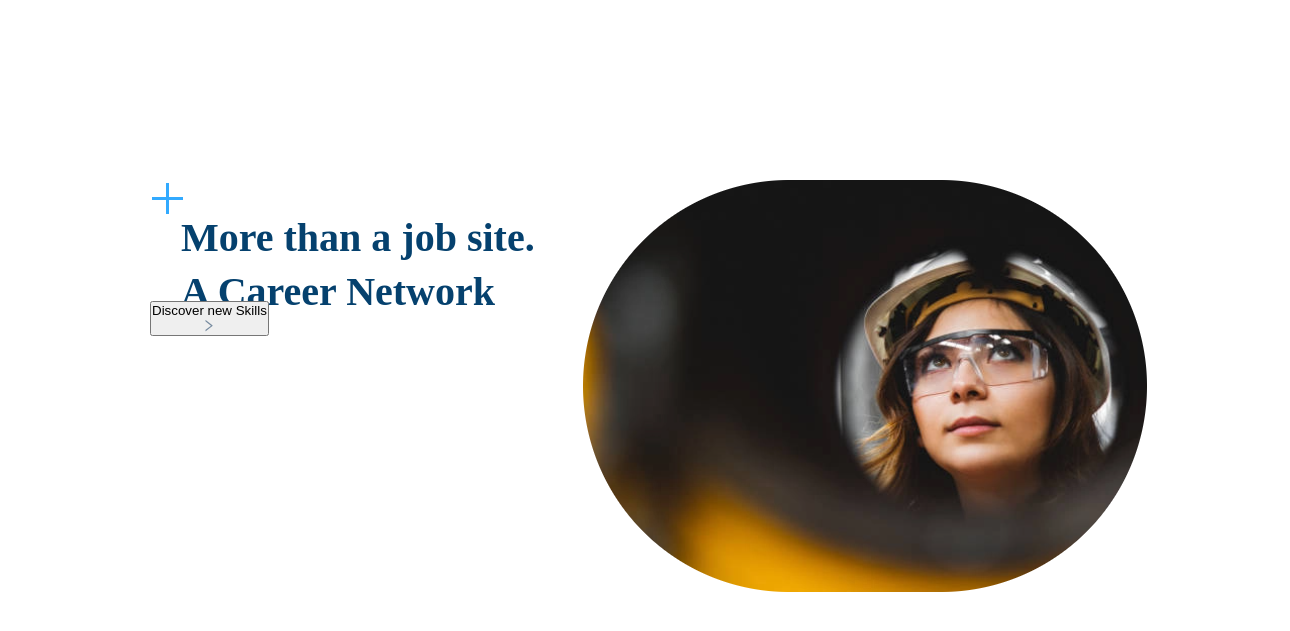
Repository: shekharyadav638/OSL_Assignment_1
Page: index.html
The author's editor kept a copy of each file at every save. The page is drawn from the files as they stood at one save, then again after the next save.
The browser window is 1280 px wide. The page is 1290 px wide, so the pictures cover 1290 px, including what lies to the right of the window. The pictures show the whole page.
The style sheet was rebuilt from its Sass, Less or Tailwind sources for each picture, by a compiler version that may differ from the author's.

Above is the page before, as saved 2024-07-14 22:36:25.

### index.html
<!DOCTYPE html PUBLIC "-//W3C//DTD HTML 4.01 Transitional//EN" "http://www.w3.org/TR/html4/loose.dtd">
<html>
  <head>
    <meta http-equiv="Content-Type" content="text/html; charset=ISO-8859-1" />
    <title>Assignment 1</title>
    <link rel="stylesheet" href="style.css" />
    <link rel="preconnect" href="https://fonts.googleapis.com" />
    <link rel="preconnect" href="https://fonts.gstatic.com" crossorigin />
    <link
      href="https://fonts.googleapis.com/css2?family=Montserrat:ital,wght@0,100..900;1,100..900&display=swap"
      rel="stylesheet"
    />
  </head>
  <body>
    <!-- <header>
      <div class="header">
        <div class="header_left">
          <div class="header_left_logo"></div>
          <span class="header_left_title">Thinkin Blue</span>
        </div>
        <div class="header_right">
          <ul class="header_right_list">
            <li class="header_right_list_item">
              <a href="#">Home</a>
            </li>
            <li class="header_right_list_item"><a href="#">About Us</a></li>
            <li class="header_right_list_item"><a href="#">Work</a></li>
            <li class="header_right_list_item">
              <a href="#">ThinkinBlue Business</a>
            </li>
          </ul>
          <button class="header_right_btn">Login</button>
        </div>
      </div>
    </header>
    <section class="banner">
      <div class="banner_left">
       <p class="banner_left_text">The career network <br> for workers</p>
       <div class="banner_left_input">
        <input type="text" placeholder="Search Better Opportunites" class="banner_left_input_box"></input>
        <img src="img/location.svg" alt="location-icon" class="banner_left_input_icon">
       </div>
       <div class="banner_left_categories">
        <hr>
        <div class="banner_left_categories_title">100+ Job Opportunities</div>
        <div class="banner_left_categories_list">
          <div class="banner_left_categories_list_above">
            <div class="banner_left_categories_list_above_item"> Precision Production</div>
            <div class="banner_left_categories_list_above_item"> Helpers</div>
            <div class="banner_left_categories_list_above_item"> Front-line Supervisors</div>
            <div class="banner_left_categories_list_above_item"> Machine operators & Supervisors</div>
          </div>
          <div class="banner_left_categories_list_below">
            <div class="banner_left_categories_list_below_item"> Machine operators</div>
            <div class="banner_left_categories_list_below_item"> Handlers</div>
            <div class="banner_left_categories_list_below_item"> Transportation & moving occupations</div>
            <div class="banner_left_categories_list_below_item"> See all</div>
          </div>
        </div>
        <div >
          <button class="banner_left_categories_button">Join ThinkinBlue</button>
        </div>
       </div>
      </div>
      <div class="banner_right">
        <img src="img/banner_right.png" alt="banner_right" class="banner_right_img"></img>
      </div>
    </section>
    <section class="hiring">
      <div class="hiring_top">
        <div class="hiring_top_icon">
          <img src="img/plus_icon.svg" alt="plus_icon" />
        </div>
        <div class="hiring_top_heading">From the Community</div>
      </div>
      <div class="hiring_body">
        <div class="hiring_body_img">
          <img src="img/hiring.jpeg" alt="hiring" />
        </div>
        <div class="hiring_body_img">
          <img src="img/hiring.jpeg" alt="hiring" />
        </div>
        <div class="hiring_body_img">
          <img src="img/hiring.jpeg" alt="hiring" />
        </div>
        <div class="hiring_body_img">
          <img src="img/hiring.jpeg" alt="hiring" />
        </div>
      </div>
      <div class="hiring_footer">
        <div class="hiring_footer_slide">
          <div class="hiring_footer_slide_1"></div>
          <div class="hiring_footer_slide_2"></div>
          <div class="hiring_footer_slide_2"></div>
          <div class="hiring_footer_slide_2"></div>
        </div>
        <div class="hiring_footer_btn">
          <button>
            <div class="hiring_footer_btn_text">See more</div>
            <div class="hiring_footer_btn_icon">
              <img src="img/right_arrow.svg" alt="arrow" />
            </div>
          </button>
        </div>
      </div>
    </section>
    <section class="features">
      <div class="features_top">
        <div class="features_top_icon">
          <img src="img/plus_icon.svg" alt="plus_icon" />
        </div>
        <div class="features_top_heading">Features</div>
      </div>
      <div class="features_body">
        <div class="features_body_1">
          <div class="features_body_img">
            <img src="img/feature_1.png" alt="feature" />
          </div>
          <div class="features_body_text">Build Connections</div>
        </div>
        <div class="features_body_1">
          <div class="features_body_img">
            <img src="img/feature_2.png" alt="feature" />
          </div>
          <div class="features_body_text">Simple & Easy to Use</div>
        </div>
        <div class="features_body_1">
          <div class="features_body_img">
            <img src="img/feature_3.png" alt="feature" />
          </div>
          <div class="features_body_text">Built for Workers</div>
        </div>
        <div class="features_body_1">
          <div class="features_body_img">
            <img src="img/feature_4.png" alt="feature" />
          </div>
          <div class="features_body_text">Career Development</div>
        </div>
      </div>
    </section> -->
    <!-- <section class="group">
      <div class="group_top">
        <div class="group_top_icon">
          <img src="img/plus_icon.svg" alt="plus_icon" />
        </div>
        <div class="group_top_heading">Find a Group</div>
      </div>
      <div class="group_body">
        <div class="group_body_item">
          <div class="group_body_item_img"> <img src="img/group.png" alt="group" /></div>
          <div class="group_body_item_title">Front-line Supervisors</div>
          <div class="group_body_item_bottom">Front-line Supervisors</div>
          <div class="group_body_item_members">
            <img src="img/member.png" alt="member" class="group_body_item_members_img"></img>
            <div class="group_body_item_members_text">180 <span>users</span></div>
          </div>
          <button class="group_body_item_btn">CONNECT</button>
        </div>
        <div class="group_body_item">
          <div class="group_body_item_img"> <img src="img/group.png" alt="group" /></div>
          <div class="group_body_item_title">Front-line Supervisors</div>
          <div class="group_body_item_bottom">Front-line Supervisors</div>
          <div class="group_body_item_members">
            <img src="img/member.png" alt="member" class="group_body_item_members_img"></img>
            <div class="group_body_item_members_text">180 <span>users</span></div>
          </div>
          <button class="group_body_item_btn">CONNECT</button>
        </div>
        <div class="group_body_item">
          <div class="group_body_item_img"> <img src="img/group.png" alt="group" /></div>
          <div class="group_body_item_title">Front-line Supervisors</div>
          <div class="group_body_item_bottom">Front-line Supervisors</div>
          <div class="group_body_item_members">
            <img src="img/member.png" alt="member" class="group_body_item_members_img"></img>
            <div class="group_body_item_members_text">180 <span>users</span></div>
          </div>
          <button class="group_body_item_btn">CONNECT</button>
        </div>
        <div class="group_body_item">
          <div class="group_body_item_img"> <img src="img/group.png" alt="group" /></div>
          <div class="group_body_item_title">Front-line Supervisors</div>
          <div class="group_body_item_bottom">Front-line Supervisors</div>
          <div class="group_body_item_members">
            <img src="img/member.png" alt="member" class="group_body_item_members_img"></img>
            <div class="group_body_item_members_text">180 <span>users</span></div>
          </div>
          <button class="group_body_item_btn">CONNECT</button>
        </div>
      </div>
        <div class="group_footer_btn">
          <button>
            <div class="group_footer_btn_text">Explore Groups</div>
            <div class="group_footer_btn_icon">
              <img src="img/right_arrow.svg" alt="arrow" />
            </div>
          </button>
        </div>
      </div>
    </section> -->
    <!-- <section class="skills">
      <div class="skills_top">
        <div class="skills_top_icon">
          <img src="img/plus_icon.svg" alt="plus_icon" />
        </div>
        <div class="skills_top_heading">Update your Skills</div>
      </div>
      <div class="skills_body">
        <div class="skills_body_item">
          <div class="skills_body_item_title">Skill Name title long title (ABC)</div>
          <div class="skills_body_item_mid">
            <img src="img/path_7.svg" alt="member" class="group_body_item_mid_img"></img>
            <div class="skills_body_item_mid_text"><span>Recommended for you</span></div>
          </div>
          <div class="skills_body_item_para"><p>lorem ipsum doler set amet et color un seva doler set amet et color unacional.</p></div>
          <button class="skills_body_item_btn">CONNECT</button>
        </div>
        <div class="skills_body_item">
          <div class="skills_body_item_title">Skill Name title long title (ABC)</div>
          <div class="skills_body_item_mid">
            <img src="img/path_7.svg" alt="member" class="group_body_item_mid_img"></img>
            <div class="skills_body_item_mid_text"><span>Recommended for you</span></div>
          </div>
          <div class="skills_body_item_para"><p>lorem ipsum doler set amet et color un seva doler set amet et color unacional.</p></div>
          <button class="skills_body_item_btn">CONNECT</button>
        </div>
        <div class="skills_body_item">
          <div class="skills_body_item_title">Skill Name title long title (ABC)</div>
          <div class="skills_body_item_mid">
            <img src="img/path_7.svg" alt="member" class="group_body_item_mid_img"></img>
            <div class="skills_body_item_mid_text"><span>Recommended for you</span></div>
          </div>
          <div class="skills_body_item_para"><p>lorem ipsum doler set amet et color un seva doler set amet et color unacional.</p></div>
          <button class="skills_body_item_btn">CONNECT</button>
        </div>
        <div class="skills_body_item">
          <div class="skills_body_item_title">Skill Name title long title (ABC)</div>
          <div class="skills_body_item_mid">
            <img src="img/path_7.svg" alt="member" class="group_body_item_mid_img"></img>
            <div class="skills_body_item_mid_text"><span>Recommended for you</span></div>
          </div>
          <div class="skills_body_item_para"><p>lorem ipsum doler set amet et color un seva doler set amet et color unacional.</p></div>
          <button class="skills_body_item_btn">CONNECT</button>
        </div>
      </div>
        <div class="skills_footer_btn">
          <button>
            <div class="skills_footer_btn_text">Discover new Skills</div>
            <div class="skills_footer_btn_icon">
              <img src="img/right_arrow.svg" alt="arrow" />
            </div>
          </button>
        </div>
      </div>
    </section> -->
    <section class="career">
      <div class="career_left">
        <div class="career_left_top">
          <div class="career_left_top_icon">
            <img src="img/plus_icon.svg" alt="plus_icon" />
          </div>
          <div class="career_left_top_heading">
            More than a job site. A Career Network
          </div>
        </div>
        <div class="career_left_para">
          <p></p>
        </div>
        <div class="career_left_btn">
          <button>
            <div class="career_left_btn_text">Discover new Skills</div>
            <div class="career_left_btn_icon">
              <img src="img/right_arrow.svg" alt="arrow" />
            </div>
          </button>
        </div>
      </div>
      <div class="career_right">
        <img src="img/career.png" alt="career" />
      </div>
    </section>
  </body>
</html>

### style.scss
* {
  margin: 0;
  padding: 0;
}
.body {
  width: 1440px;
  opacity: 1;
  overflow-x: hidden;
}

@import "header";
@import "banner";
@import "hiring";
@import "features";
@import "group";
@import "skills";
@import "career";

### header.scss
.header {
  background: transparent;
  position: fixed;
  display: flex;
  align-content: center;
  width: 1140px;
  height: 86px;
  opacity: 1;
  margin: 16px 150px;
  &_left {
    align-items: center;
    display: flex;
    opacity: 1;

    &_logo {
      width: 52px;
      height: 52px;
      background: #ffffff 0% 0% no-repeat padding-box;
      opacity: 1;
    }

    &_title {
      padding-left: 5px;
      text-align: left;
      font: normal normal bold 21px/28px Segoe UI;
      width: 113px;
      height: 28px;
      letter-spacing: 0px;
      color: #150303;
      opacity: 1;
    }
  }

  &_right {
    margin-left: 261px;
    align-items: center;
    display: flex;
    gap: 66px;
    &_list {
      list-style: none;
      display: flex;
      gap: 76px;
      align-items: center;

      &_item {
        text-align: left;
        font: normal normal normal 14px/11px Montserrat;
        letter-spacing: 0px;
        padding: 17px 0;
        color: #ffffff;
        opacity: 1;
      }
    }
    &_btn {
      background: #ffc832 0% 0% no-repeat padding-box;
      border-radius: 4px;
      opacity: 1;
      padding: 8px 33px;
      text-align: left;
      font: normal normal 600 18px Montserrat;
      letter-spacing: 0px;
      color: #05416e;
      opacity: 1;
    }
  }
}

.banner {
  &_img {
    width: 100%;
    height: 100%;
    background-position: center;
  }
}

### _hiring.scss
.hiring {
  margin: 180px 150px;
  margin-bottom: 0;

  &_top {
    display: flex;
    flex-direction: column;
    width: 411px;
    margin-bottom: 60px;
    &_icon {
      width: 36px;
      height: 36px;
    }

    &_heading {
      margin-left: 36px;
      width: 375px;
      height: 40px;
      font: normal normal bold 40px/54px Adobe Caslon Pro;
      letter-spacing: 0px;
      color: #000000;
      opacity: 1;
    }
  }

  &_body {
    display: flex;
    justify-content: space-between;
    &_img {
      & img {
        width: 276px;
        height: 308px;
        border-radius: 4px;
        opacity: 1;
      }
    }
  }

  &_footer {
    margin-top: 60px;

    &_slide {
      display: flex;
      width: 180px;
      height: 10px;
      justify-content: space-between;
      margin-left: 480px;
      &_1 {
        width: 32px;
        height: 6px;
        background: #32aaff 0% 0% no-repeat padding-box;
        border-radius: 2px;
        opacity: 1;
      }
      &_2 {
        width: 32px;
        height: 6px;
        background: #05416e 0% 0% no-repeat padding-box;
        border-radius: 2px;
        opacity: 1;
      }
    }

    &_btn {
      margin-top: 20px;
      display: flex;
      align-items: center;
      justify-content: center;

      & button {
        width: 159px;
        height: 40px;
        background: #ffffff 0% 0% no-repeat padding-box;
        border: 1px solid #05416e;
        border-radius: 4px;
        opacity: 1;
        padding-left: 20px;
        padding-right: 20px;
        padding-top: 8.47px;
        display: flex;
        justify-content: space-between;
      }
      &_text {
        width: 88px;
        height: 22px;
        font: normal normal 600 18px/17px Montserrat;
        letter-spacing: 0px;
        color: #05416e;
      }
      &_icon {
        width: 16px;
        height: 16px;
      }
    }
  }
}

### _features.scss
.features {
  margin: 180px 150px;
  margin-bottom: 0;

  &_top {
    display: flex;
    flex-direction: column;
    width: 411px;
    margin-bottom: 60px;
    &_icon {
      width: 31px;
      height: 31px;
    }

    &_heading {
      margin-left: 36px;
      width: 144px;
      height: 40px;
      font: normal normal bold 40px/54px Adobe Caslon Pro;
      letter-spacing: 0px;
      color: #000000;
      opacity: 1;
    }
  }

  &_body {
    display: flex;
    justify-content: space-between;

    &_1 {
      width: 270px;
      height: 308px;
      background: #f5f5f5 0% 0% no-repeat padding-box;
      border-radius: 4px;
      opacity: 1;
    }

    &_img {
      margin-top: 50px;
      width: 110px;
      height: 110px;
      margin-left: 79px;
    }

    &_text {
      margin-top: 25px;
      text-align: center;
      font: normal normal bold 25px/30px Montserrat;
      letter-spacing: 0px;
      color: #05416e;
      opacity: 1;
      padding: 0px 52px;
    }
  }
}

### _group.scss
.group {
  margin: 180px 150px;
  margin-bottom: 0;

  &_top {
    display: flex;
    flex-direction: column;
    width: 411px;
    margin-bottom: 60px;
    &_icon {
      width: 36px;
      height: 36px;
    }

    &_heading {
      margin-left: 36px;
      width: 375px;
      height: 40px;
      font: normal normal bold 40px/54px Adobe Caslon Pro;
      letter-spacing: 0px;
      color: #000000;
      opacity: 1;
    }
  }

  &_body {
    display: flex;
    justify-content: space-between;

    &_item {
      height: 308px;
      width: 270px;
      &_img {
        & img {
          width: 270px;
          height: 153px;
          border-radius: 4px 4px 0px 0px;
          opacity: 1;
        }
      }
      &_title {
        width: 209px;
        height: 22px;
        font: normal normal bold 16px/24px Montserrat;
        letter-spacing: 0px;
        color: #000000;
        opacity: 1;
        margin-top: 15px;
      }

      &_bottom {
        height: 13px;
        font: normal normal normal 10px Montserrat;
        letter-spacing: 0px;
        color: #d0b6b6;
        opacity: 1;
      }

      &_members {
        margin-top: 15px;
        margin-bottom: 16px;
        display: flex;
        align-items: center;
        &_img {
          width: 23px;
          height: 24px;
          border: 1px solid #ffffff;
          opacity: 1;
        }

        &_text {
          margin-left: 4px;
          height: 13px;
          font: normal normal 600 10px/13px Montserrat;
          text-align: left;
          letter-spacing: 0px;
          color: #000000;
          opacity: 1;
          & span {
            font: normal normal normal 10px/13px Montserrat;
          }
        }
      }

      &_btn {
        border: 1px solid #ebebeb;
        border-radius: 0px 0px 4px 4px;
        padding: 14px 0;
        padding-left: 89px;
        width: 270px;
        height: 50px;
        text-align: left;
        font: normal normal bold 18px/24px Montserrat;
        letter-spacing: 0px;
        color: #32aaff;
        opacity: 1;
      }
    }
  }

  &_footer {
    &_btn {
      margin-top: 60px;
      display: flex;
      align-items: center;
      justify-content: center;

      & button {
        width: 215px;
        height: 40px;
        background: #ffffff 0% 0% no-repeat padding-box;
        border: 1px solid #05416e;
        border-radius: 4px;
        opacity: 1;
        padding-left: 20px;
        padding-right: 20px;
        align-items: center;
        display: flex;
        justify-content: space-between;
      }
      &_text {
        font: normal normal 600 18px/17px Montserrat;
        letter-spacing: 0px;
        color: #05416e;
        width: 142px;
        height: 22px;
      }
      &_icon {
        margin-left: 15px;
        width: 17px;
        height: 16px;
      }
    }
  }
}

### _skills.scss
.skills {
  margin: 180px 150px;
  margin-bottom: 0;
  height: 308px;
  width: 270px;

  &_top {
    display: flex;
    flex-direction: column;
    width: 411px;
    margin-bottom: 60px;
    &_icon {
      width: 36px;
      height: 36px;
    }

    &_heading {
      margin-left: 36px;
      width: 375px;
      height: 40px;
      font: normal normal bold 40px/54px Adobe Caslon Pro;
      letter-spacing: 0px;
      color: #000000;
      opacity: 1;
    }
  }

  &_body {
    display: flex;
    gap: 19px;

    &_item {
      background-color: #32aaff;
      padding-top: 20px;
      &_title {
        padding-left: 20px;
        width: 207px;
        height: 60px;
        text-align: left;
        font: normal normal bold 25px/30px Montserrat;
        letter-spacing: 0px;
        color: #f5f5f5;
        opacity: 1;
      }

      &_mid {
        margin-top: 30px;
        margin-left: 20px;
        display: flex;
        &_img {
          width: 15px;
          height: 20px;
        }
        &_text {
          margin-left: 5px;
          text-align: left;
          font: normal normal normal 12px/15px Montserrat;
          letter-spacing: 0px;
          color: #ffffff;
          opacity: 1;
        }
      }

      &_para {
        margin: 30px 20px;
        width: 230px;
        height: 64px;
        text-align: left;
        font: normal normal normal 14px/16px Montserrat;
        letter-spacing: 0px;
        color: #ffffff;
        opacity: 1;
      }

      &_btn {
        margin: 0 4px;
        margin-bottom: 4px;
        background: transparent 0% 0% no-repeat padding-box;
        box-shadow: 0px 3px 6px #00000029;
        border: 1px solid #ffffff;
        border-radius: 4px;
        padding: 14px 0;
        padding-left: 89px;
        width: 270px;
        height: 50px;
        text-align: left;
        font: normal normal bold 18px/24px Montserrat;
        letter-spacing: 0px;
        color: #ffffff;
        opacity: 1;
      }
    }
  }

  &_footer {
    &_btn {
      margin-top: 60px;
      margin-left: 593px;
      display: flex;
      align-items: center;
      justify-content: center;

      & button {
        width: 254px;
        height: 40px;
        background: #ffffff 0% 0% no-repeat padding-box;
        border: 1px solid #05416e;
        border-radius: 4px;
        opacity: 1;
        padding-left: 20px;
        padding-right: 20px;
        align-items: center;
        display: flex;
        justify-content: space-between;
      }
      &_text {
        font: normal normal 600 18px/17px Montserrat;
        letter-spacing: 0px;
        color: #05416e;
        width: 180px;
        height: 22px;
      }
      &_icon {
        margin-left: 15px;
        width: 17px;
        height: 16px;
      }
    }
  }
}

### _career.scss
.career {
  margin: 180px 150px;
  margin-bottom: 0;
  height: 412px;
  width: 1140px;
  display: flex;

  &_left {
    &_top {
      display: flex;
      flex-direction: column;
      width: 433px;
      margin-bottom: 50px;
      &_icon {
        width: 31px;
        height: 31px;
      }

      &_heading {
        margin-left: 31px;
        width: 375px;
        height: 40px;
        font: normal normal bold 40px/54px Adobe Caslon Pro;
        letter-spacing: 0px;
        color: #05416e;
        opacity: 1;
      }
    }
  }

  &_right {
    width: 564px;
    height: 412px;
  }
}

Loaded but not shown: _banner.scss (142 lines, source omitted)

After the next save:
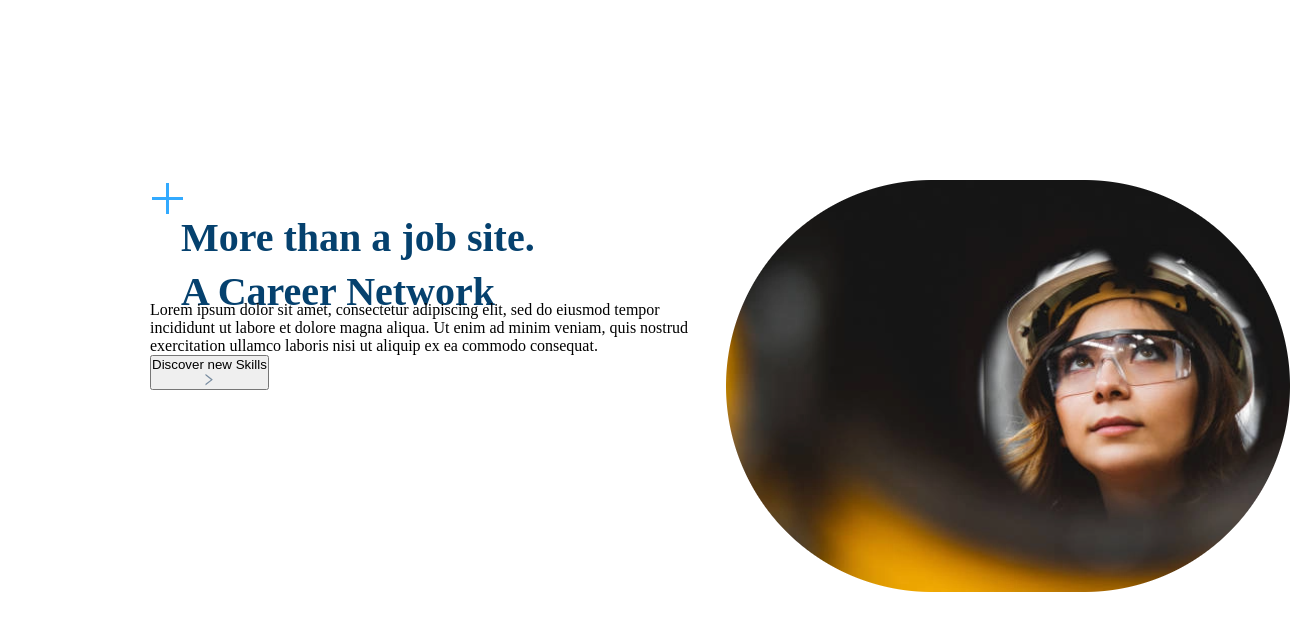
Saved 10 s later.
--- a/index.html
+++ b/index.html
@@ -263,7 +263,12 @@
           </div>
         </div>
         <div class="career_left_para">
-          <p></p>
+          <p>
+            Lorem ipsum dolor sit amet, consectetur adipiscing elit, sed do
+            eiusmod tempor incididunt ut labore et dolore magna aliqua. Ut enim
+            ad minim veniam, quis nostrud exercitation ullamco laboris nisi ut
+            aliquip ex ea commodo consequat.
+          </p>
         </div>
         <div class="career_left_btn">
           <button>
